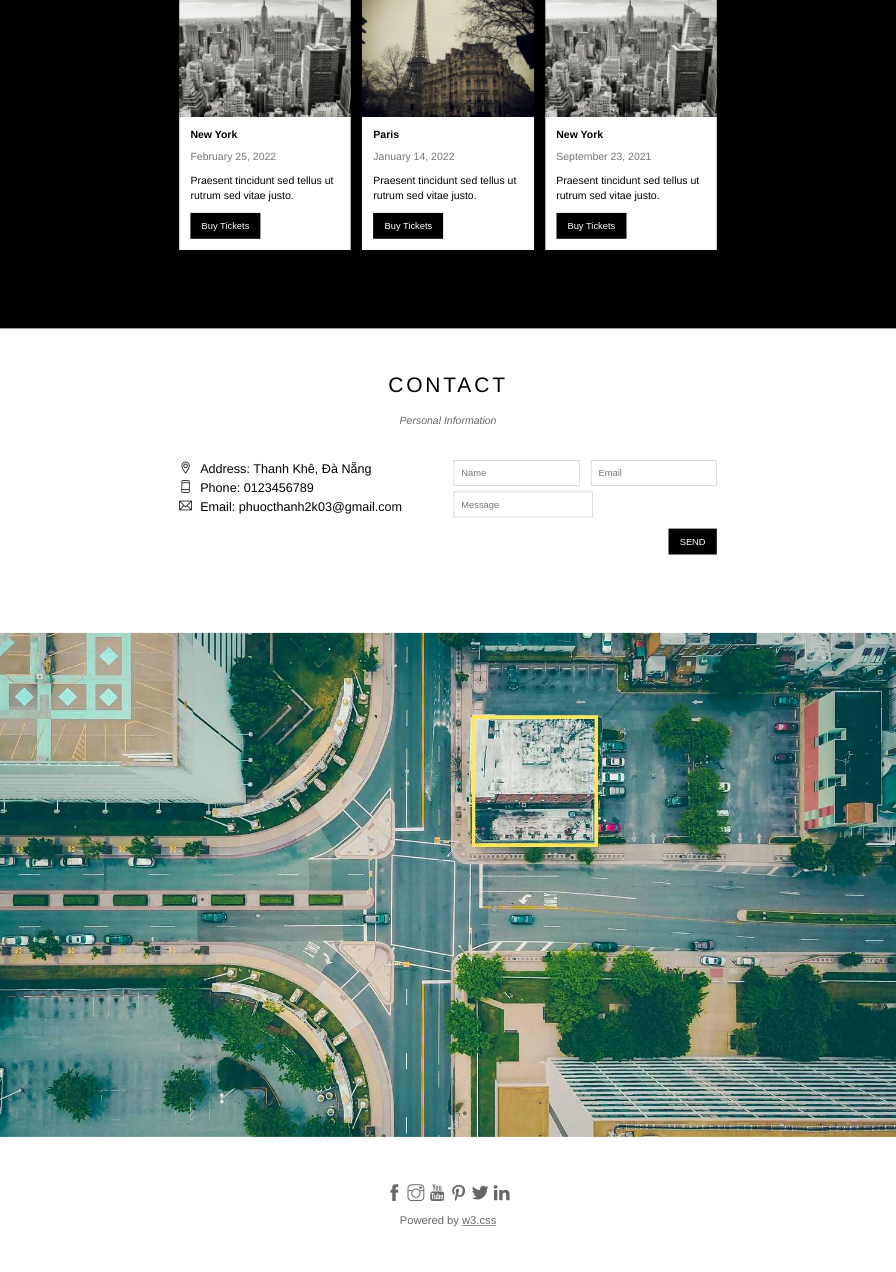
Repository: vophuocthanh/phuocthanhk03
Page: index.html
The author's editor kept a copy of each file at every save. The page is drawn from the files as they stood at one save, then again after the next save.
The browser window is 1280 px wide. The pictures show the part of the page from y = 1713 to 3633 px (the page is 3530 px tall before and 3633 px after), at 70% of full size.

Above is the page before, as saved 2022-04-26 16:17:39.

After the next save:
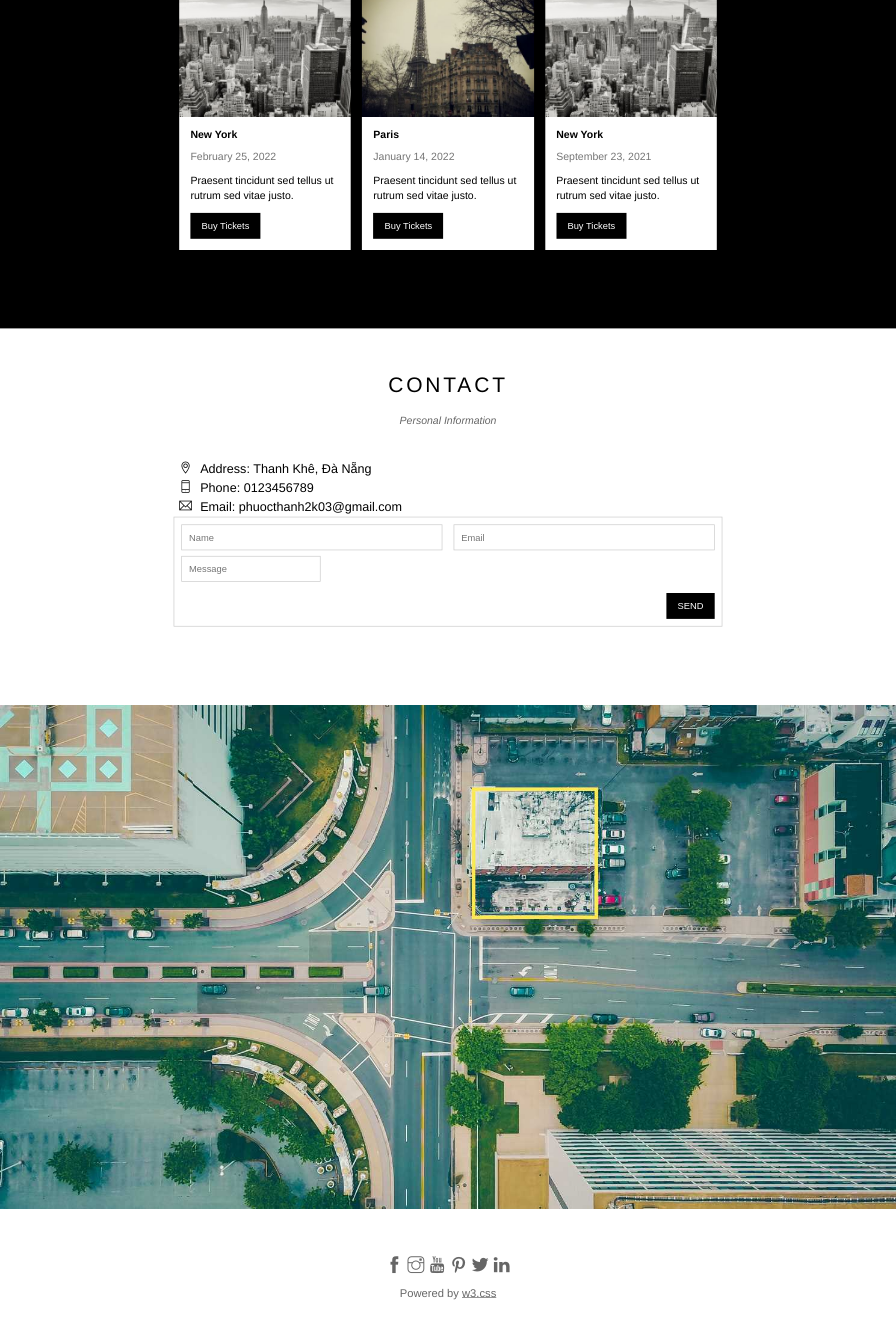
Saved 2 min 10 s later.
--- a/asset/css/style.css
+++ b/asset/css/style.css
@@ -383,7 +383,8 @@
     font-size: 15px;
 }
 
-.contact-form .form-control {
+.contact-form,
+.form-control {
     padding: 10px;
     border: 1px solid #ccc;
     width: 100%;

After the save that followed:
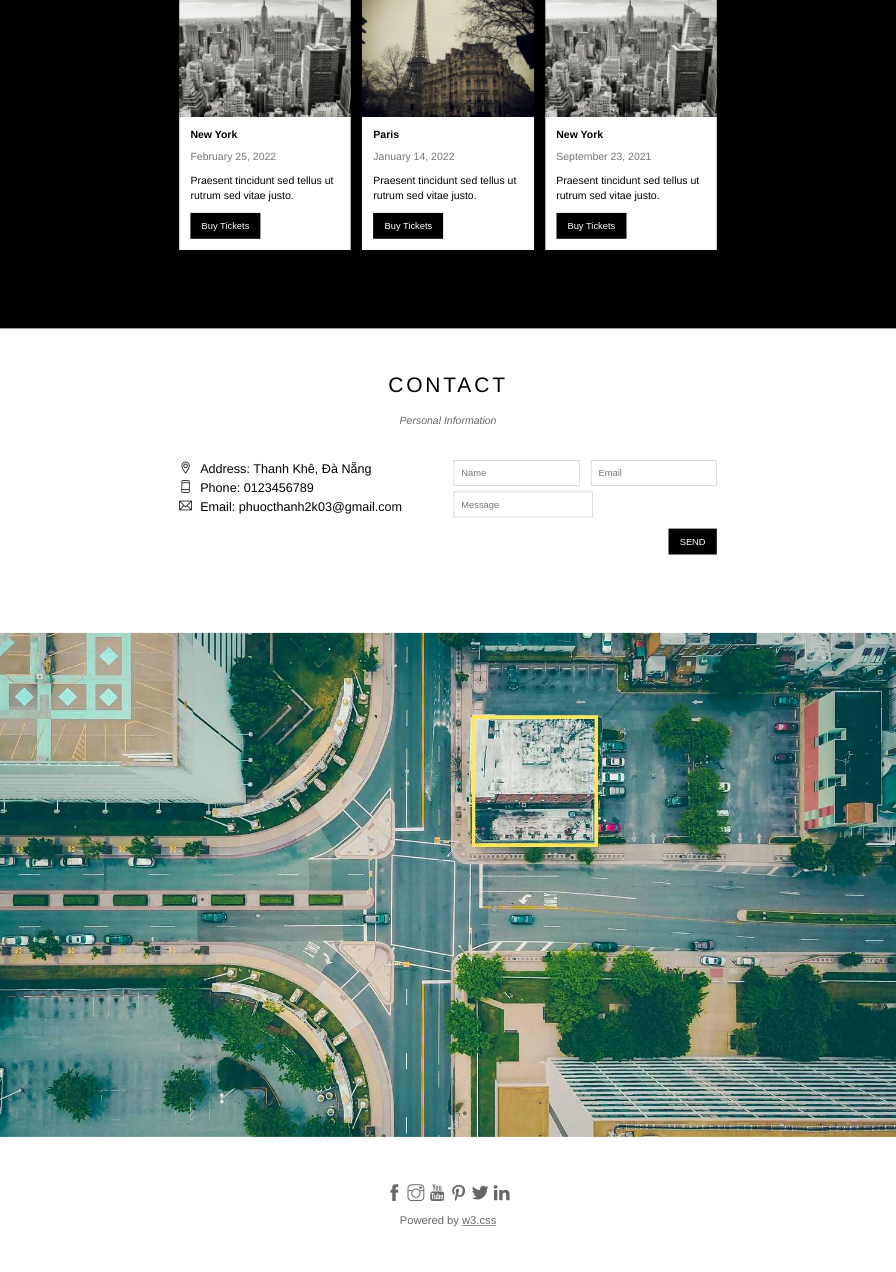
Saved 31 s later.
--- a/asset/css/style.css
+++ b/asset/css/style.css
@@ -383,8 +383,7 @@
     font-size: 15px;
 }
 
-.contact-form,
-.form-control {
+.contact-form .form-control {
     padding: 10px;
     border: 1px solid #ccc;
     width: 100%;
